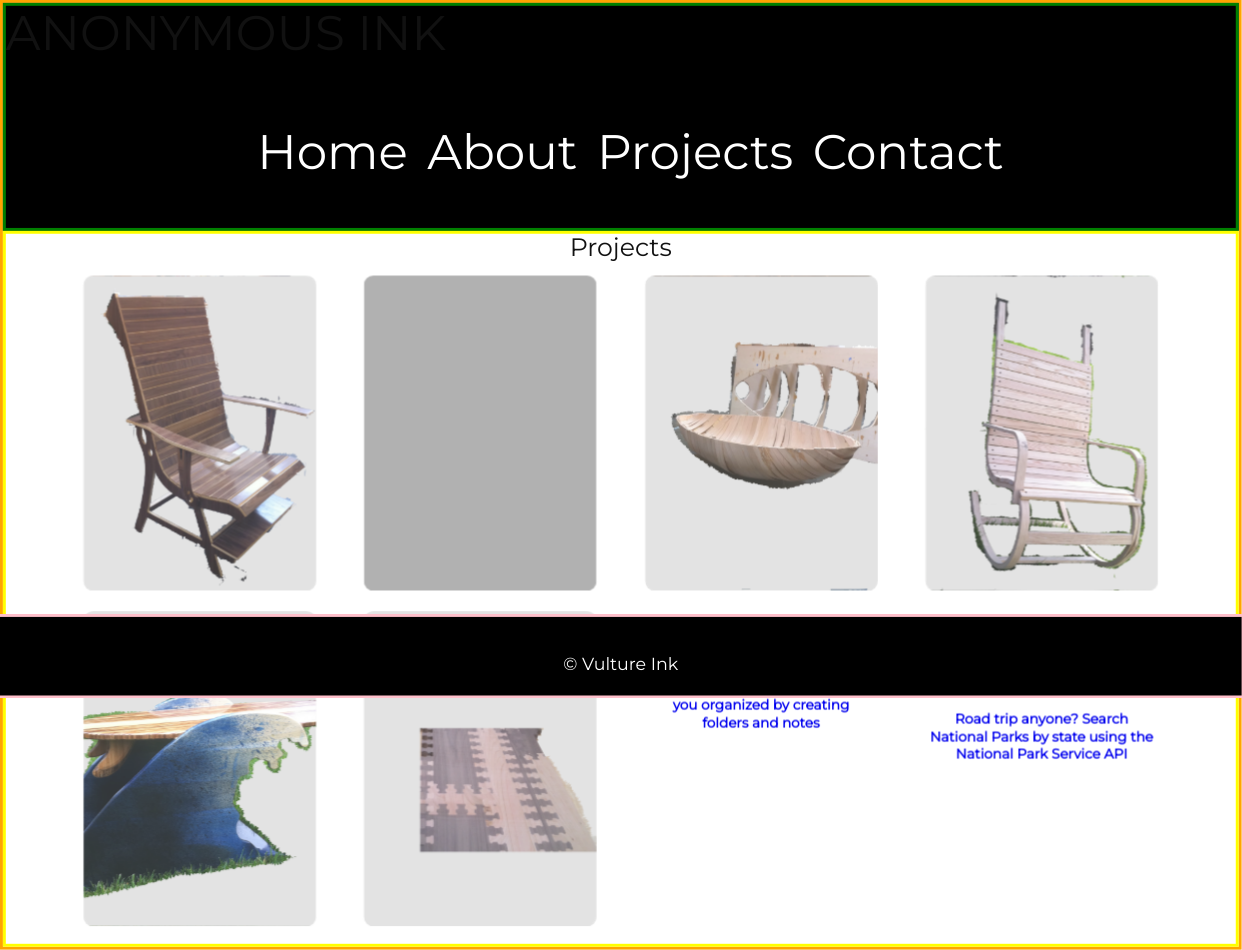
Repository: kaitlynMidori/anon_ink
Page: pages/Projects.html
An editor plug-in stored every save of this project. The page is shown before and after the next save, followed by the edit.
The browser window is 1280 px wide. The pictures show the whole page, at 97% of full size.
Pictures or frames that could not be fetched are drawn as grey boxes. Some web libraries are served in a nearby version.

Above is the page before, as saved 2021-09-05 17:23:17.

After the next save:
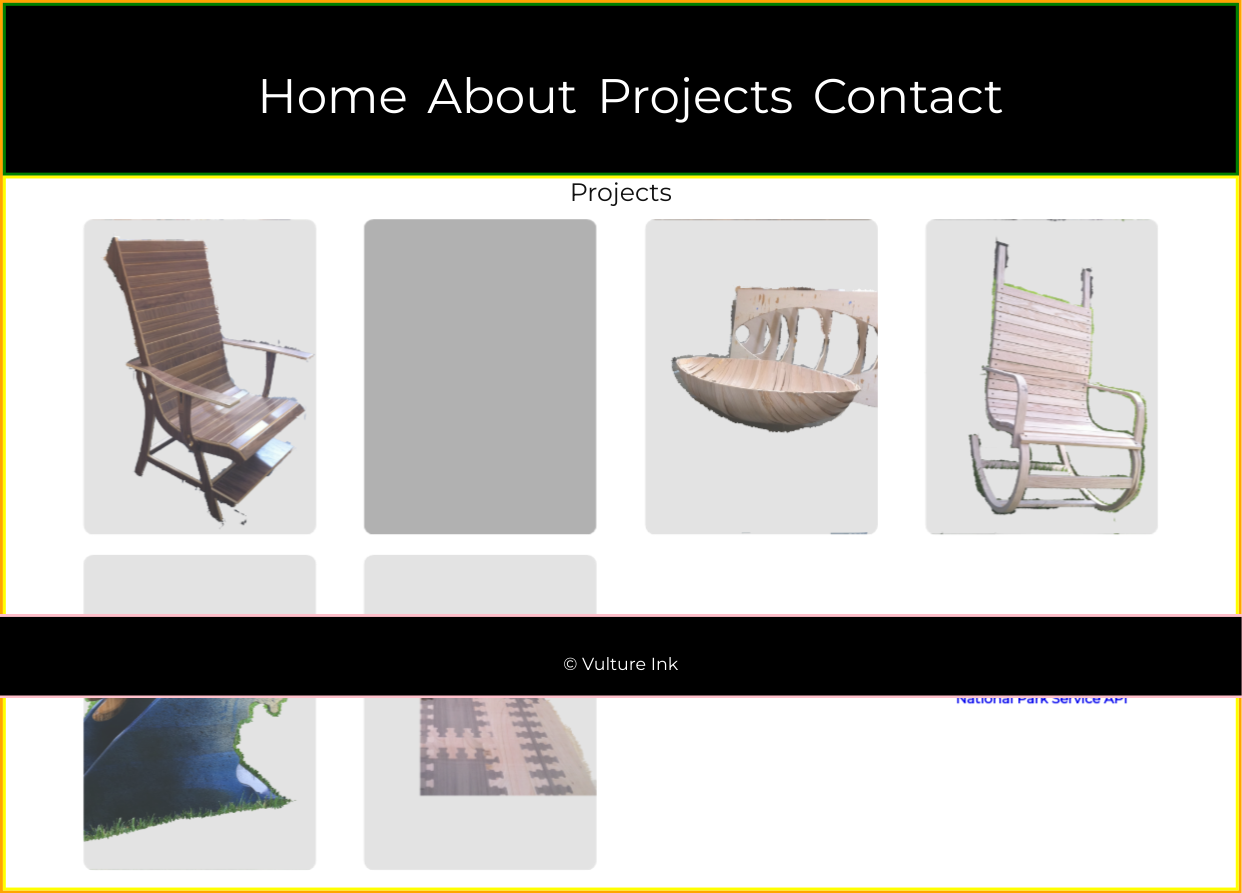
Saved 42 h 57 min later.
--- a/pages/Projects.html
+++ b/pages/Projects.html
@@ -13,7 +13,7 @@
 
 <body>
   <header>
-    <div class="logo">ANONYMOUS INK</div>
+    <!-- <div class="logo">ANONYMOUS INK</div> -->
     <nav>
       <ul id="menu">
         <li><a href="/index.html">Home</a></li>
